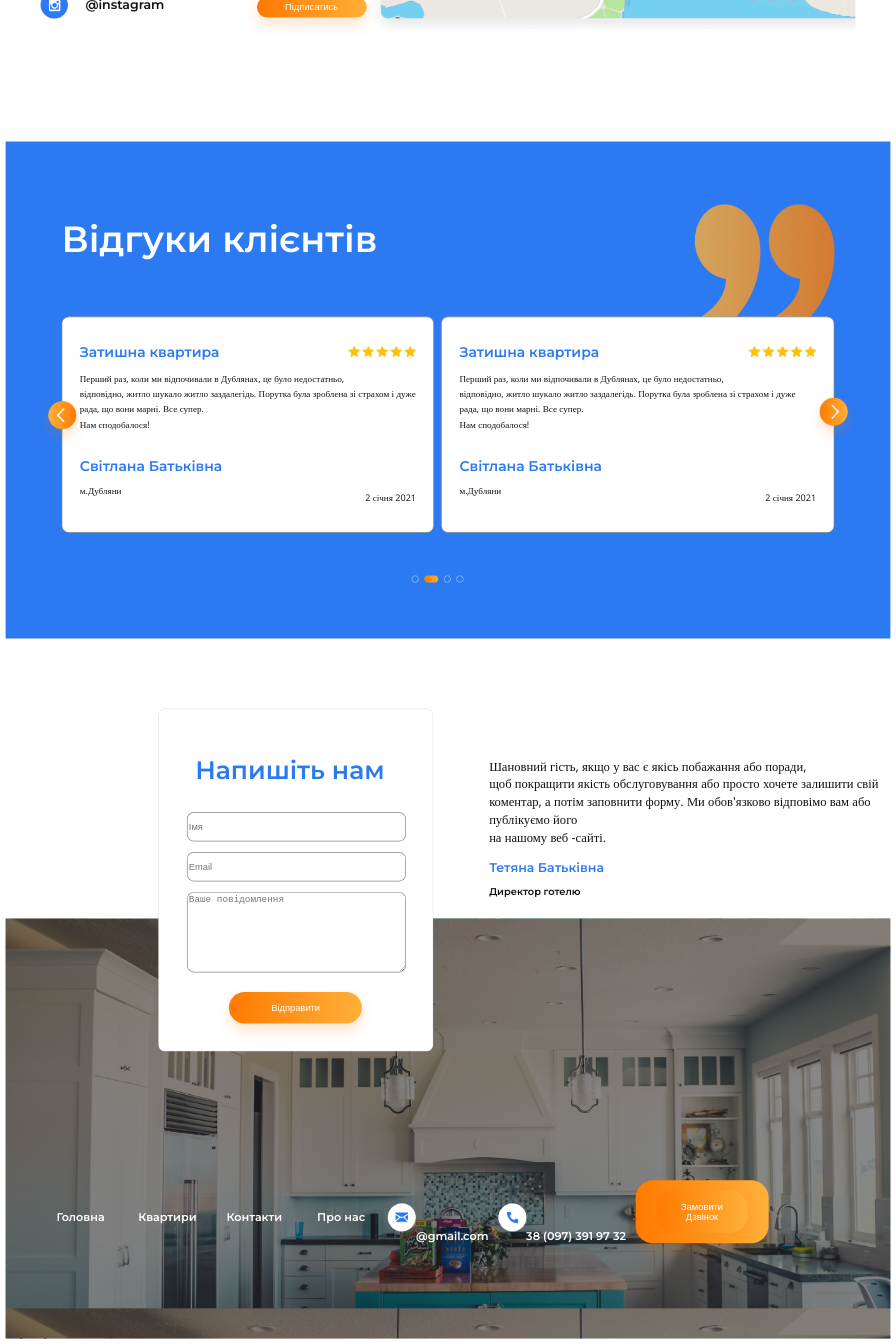
Repository: batonAnton/HW-7-grid
Page: index.html
An editor plug-in stored every save of this project. The page is shown before and after the next save, followed by the edit.
The browser window is 1280 px wide. The pictures show the part of the page from y = 2923 to 4843 px (the page is 4843 px tall), at 70% of full size.

Above is the page before, as saved 2022-07-06 14:25:43.

### index.html
<!DOCTYPE html>
<html lang="en">
<head>
    <meta charset="UTF-8">
    <meta http-equiv="X-UA-Compatible" content="IE=edge">
    <meta name="viewport" content="width=device-width, initial-scale=1.0">
    <link rel="preconnect" href="https://fonts.googleapis.com">
    <link rel="preconnect" href="https://fonts.gstatic.com" crossorigin>
    <link href="https://fonts.googleapis.com/css2?family=Montserrat:wght@600&display=swap" rel="stylesheet">
    <link rel="preconnect" href="https://fonts.googleapis.com">
    <link rel="preconnect" href="https://fonts.gstatic.com" crossorigin>
    <link href="https://fonts.googleapis.com/css2?family=Open+Sans&display=swap" rel="stylesheet">
    <link rel="stylesheet" href="./css/styles2.css">
    <title>Grid</title>
</head>

        <div  class="wrapper allstyles">
            <header>
                <img src="./images/logo.png" alt="logo">
                <a href="" class="menu">Головна</a>
                <a href="" class="menu">Квартири</a>
                <a href="" class="menu">Контакти</a>
                <a href="" class="menu">Про нас</a>

                <div class="item mail">
                    <img src="./images/email.png" alt="email">
                    <p>@gmail.com</p>
                </div>
                <div class="item phone">
                    <img src="./images/phone.png" alt="phone">
                    <p>38 (097) 391 97 32</p>
                </div>
                <div class="item btn">
                        <button>Замовити Дзвінок </button>
                </div>
            </header>
            </div>





            <div class=" wrapper2  allstyles">
                <div class="info">
                    <h1>Оренда Квартир <br> в Березниках</h1>
                    <p>На довгий термін <br> або подобово</p>
                    <button class="btn">Дивитись варіанти</button>
                </div>
                <div class="blueblock"></div>

                <div class="banner">

                </div>
            </div>
        </div>


    <div class="wrapper3 allstyles">
         <div class=" block block1">
             <img src="./images/header 1.1.png" alt="img">
             <p>
                Укладаємо договори, <br> надаємо звітні документи
             </p>
         </div>
         <div class="block block2">
            <img src="./images/header 1.2.png" alt="img">
            <p>
                Готівковий та <br>
                Безготівковий розрахунок
            </p>
         </div>
         <div class="block block3">
            <img src="./images/header 1.3.png" alt="img">
            <p>
                Бронювання та заселення <br> цілодобово
            </p>

         </div>
         <div class="block block4">
            <img src="./images/header 1.4.png" alt="img">
            <p>
                Повна <br> конфіденційність
            </p>
         </div>
    </div>

    <div class="wrapper4 allstyles">
        <h1 class="wrapper4-h1">Наші квартири</h1>

        <div class="img1-1">
            <h1>Однокімнатна квартира</h1>
            <p class="price"> <span class="p-price">Доба:</span> 500грн</p>
            <p class="p-price location"> <img src="./images/wrapper4/Location_Icon.svg" alt="loc icon">Дубляни,Шевченка 20</p>
            <button class="btn">Детальніше</button>
        </div>
        <div class="img1-2">
            <h1>Трьохкімнатна квартира</h1>
            <p class="price"> <span class="p-price">Доба:</span>  1500грн</p>
            <p class="p-price location"> <img src="./images/wrapper4/Location_Icon.svg" alt="loc icon">Дубляни,Франка 20</p>
            <button class="btn">Детальніше</button>
        </div>
        <div class="img2-1">
            <button class="btn-new">Нова квартира</button>
            <h1>Двохкімнатна квартира</h1>
            <p class="price"> <span class="p-price">Доба:</span>  1000грн</p>
            <p class="p-price location"> <img src="./images/wrapper4/Location_Icon.svg" alt="loc icon">Дубляни,Лесі Українки 20</p>
            <button class="btn">Детальніше</button>
        </div>
        <div class="img2-2">
            <h1>Чотирьохкімнатна квартира</h1>
            <p class="price"> <span class="p-price">Доба:</span>  4500грн</p>
            <p class="p-price location"> <img src="./images/wrapper4/Location_Icon.svg" alt="loc icon"> Дубляни,Шухевича 20</p>
            <button class="btn">Детальніше</button>
        </div>
        <button class="btn-wr4">Дивитись всі квартири</button>
    </div>

    <div class="wrapper5 allstyles">
        <div class="block1">
            <h1 class="wrapper4-h1">Про нас</h1>
        </div>
        <div class="block2">
            <p>
                Сьогодні «Домашній готель» — одна <br> з найбільших у Львівському регіоні готельних <br> мереж, що динамічно розширює <br> географічне охоплення та підвищує якість <br> сервісу.
            </p>
        </div>
        <div class="block3">
            <img src="./images/wrapper5/rating.png" alt="img">
        </div>

    </div>

    <hr class="wr5">

    <div class="wrapper6 allstyles">
        <div class="block1 block-wr6">
            <h1 class="wrapper4-h1">Контакти</h1>
        </div>
        <div class="block2 block-wr6">
            <img class="img-wr6" src="./images/wrapper6/location.png" alt="location">
            <p>Львівська обл, місто Дубляни</p>
        </div>
        <div class="block3 block-wr6">
            <img class="img-wr6" src="./images/wrapper6/Mail.png" alt="mail">
            <p>gmail.com</p>
        </div>
        <div class="block4 block-wr6">
            <img class="img-wr6" src="./images/wrapper6/phone.png" alt="phone">
            <p>38 (097) 391 97 32</p>
        </div>
        <div class="block5 block-wr6">
            <img class="img-wr6" src="./images/wrapper6/instagramm.png" alt="insta">
            <p>@instagram</p>
            <button class="btn">Підписатись</button>
        </div>
        <div class="block6 block-wr6">
            <img class="img-wr6" src="./images/wrapper6/instagramm.png" alt="insta">
            <p>@instagram</p>
            <button class="btn">Підписатись</button>

        </div>
        <div class="block7">
            <img src="./images/wrapper6/Map.png" alt="map">
        </div>
    </div>

    <div class="wrapper7 ">
        <div class="block11">
            <h1>Відгуки клієнтів</h1>
        </div>
        <div class="block12">
            <img src="./images/wrapper7/апотсроф.png" alt="img">
        </div>
        <div class="block13">
            <div class="info">
                <h1>Затишна квартира</h1>
                <div class="star-rating">
                    <img class="star" src="./images/wrapper7/star.png" alt="img">
                    <img class="star" src="./images/wrapper7/star.png" alt="img">
                    <img class="star" src="./images/wrapper7/star.png" alt="img">
                    <img class="star" src="./images/wrapper7/star.png" alt="img">
                    <img class="star" src="./images/wrapper7/star.png" alt="img">
                </div>

                <div class="arrow-left">
                    <img src="./images/wrapper7/arrow-left.png" alt="">
                </div>

                <p>Перший раз, коли ми відпочивали в Дублянах, це було недостатньо, <br> відповідно, житло шукало житло заздалегідь. Порутка була зроблена зі страхом  і дуже рада, що вони марні. Все супер. <br> Нам сподобалося!</p>


                <div class="name-date">
                    <h1>Світлана Батьківна</h1>
                    <p>м.Дубляни</p>
                    <p class="date">2 січня 2021</p>
                </div>
            </div>
        </div>
        <div class="block14">
            <div class="info">
                <h1>Затишна квартира</h1>
                <div class="star-rating">
                    <img class="star" src="./images/wrapper7/star.png" alt="img">
                    <img class="star" src="./images/wrapper7/star.png" alt="img">
                    <img class="star" src="./images/wrapper7/star.png" alt="img">
                    <img class="star" src="./images/wrapper7/star.png" alt="img">
                    <img class="star" src="./images/wrapper7/star.png" alt="img">
                </div>

                <div class="arrow-right">
                    <img src="./images/wrapper7/arrow-left.png" alt="arrow">
                </div>

                <p>Перший раз, коли ми відпочивали в Дублянах, це було недостатньо, <br> відповідно, житло шукало житло заздалегідь. Порутка була зроблена зі страхом  і дуже рада, що вони марні. Все супер. <br> Нам сподобалося!</p>

                <div class="name-date">
                    <h1>Світлана Батьківна</h1>
                    <p>м.Дубляни</p>
                    <p class="date">2 січня 2021</p>
                </div>
            </div>



        </div>
        <div class="slider-dot">
            <img src="./images/wrapper7/Slider.dot.png" alt="slider" class="slider-dot">
        </div>
    </div>


    <div class="wrapper8 ">
        <div class="reply">
            <h1>Напишіть нам</h1>
            <form action="">

                <input id="POST-name" placeholder="Імя" type="text" name="name"> <br>
                <input type="email" name="" placeholder="Email" id=""> <br>
                <textarea name="" placeholder="Ваше повідомлення" id="" cols="30" rows="10"></textarea> <br>
                <button class="btn">Відправити</button>
            </form>
        </div>

        <div class="info">
            <p>
                Шановний гість, якщо у вас є якісь побажання або поради, <br>
                щоб покращити якість обслуговування або просто хочете залишити свій
                коментар, а потім заповнити форму. Ми обов'язково відповімо вам
                або публікуємо його <br> на нашому веб -сайті.
            </p>
            <h1 >Тетяна Батьківна</h1>
            <p class="jobPosition">Директор готелю</p>
        </div>

        <div class="bannerFooter">

        </div>


        <footer class="allstyles">
            <nav>
                <!-- <img src="./images/logo.png" alt="logo">          -->
                <a href="" class="menu">Головна</a>
                <a href="" class="menu">Квартири</a>
                <a href="" class="menu">Контакти</a>
                <a href="" class="menu">Про нас</a>

                <div class="item mail">
                    <img src="./images/email.png" alt="email">
                    <p>@gmail.com</p>
                </div>
                <div class="item phone">
                    <img src="./images/phone.png" alt="phone">
                    <p>38 (097) 391 97 32</p>
                </div>
                <div class="item btn">
                        <button >Замовити Дзвінок </button>
                </div>
            </nav>
        </footer>
        <div class="copyright">
            <h1>© Copyright 2021, «Домашняя гостиница»</h1>
            <p>Користувацька згода</p>
        </div>
    </div>
</body>
</html>

### css/styles2.css
* {
  box-sizing: border-box;
}

.allstyles {
  margin: 50px 50px;
}

header {
  display: grid;
  gap: 10px;
  grid-template-columns: repeat(8, 1fr);
  grid-template-rows: 1fr;
  z-index: 1;
}

.wrapper {
  display: flex;
  justify-content: space-between;
}

.menu {
  font-family: "Montserrat", sans-serif;
  font-style: normal;
  font-weight: 600;
  font-size: 16px;
  line-height: 20px;
  text-decoration: none;
  color: #111111;
  transition: all 1s;
}

.menu:hover {
  text-decoration: underline;
}

.phone,
.mail {
  font-family: "Montserrat", sans-serif;
  font-style: normal;
  font-weight: 600;
  font-size: 16px;
  line-height: 20px;
  text-decoration: none;
  color: #111111;
  transition: all 1s;
}

.menu,
.phone,
.mail,
.btn {
  justify-content: center;
  align-items: center;
  display: flex;
}

.phone,
.btn {
  width: 190px;
}

.btn button,
.wrapper4 .btn {
  padding: 15px 30px;
  color: #fff;
  background: linear-gradient(89.77deg, #ff7a00 0.2%, #ffb039 99.82%);
  box-shadow: 0px 10px 20px rgba(255, 122, 0, 0.2);
  border-radius: 25px;
  border: none;
}

.wrapper2 {
  display: grid;
  grid-template-columns: repeat(5, 1fr);
  grid-template-rows: repeat(5, 1fr);
  z-index: 0;
}

.wrapper2 .info {
  grid-column: 1/3;
  grid-row: 1/6;
}

.info h1 {
  font-family: "Montserrat";
  font-style: normal;
  font-weight: 800;
  font-size: 40px;
  line-height: 49px;
  display: flex;
  align-items: center;
  color: #111111;
}

.info p {
  font-family: "Open Sans";
  font-style: normal;
  font-weight: 400;
  font-size: 24px;
  line-height: 33px;
  color: #111111;
}
.wrapper2 .banner {
  grid-column: 3/6;
  grid-row: 1/6;
  background-image: url(../images/bigBanner.png);
  background-repeat: no-repeat;
  background-size: contain;
  /* height: 420px; */
  margin-right: -56px;
}

.wrapper2 .btn {
  margin-top: 60px;
  padding: 15px 30px;
  color: #fff;
  background: linear-gradient(89.77deg, #ff7a00 0.2%, #ffb039 99.82%);
  box-shadow: 0px 10px 20px rgba(255, 122, 0, 0.2);
  border-radius: 25px;
  border: none;
}

.blueblock {
  grid-column: 4/6;
  grid-row: 1/6;
  background: #2b7af1;
  border-radius: 0px 0px 0px 10px;
  margin-top: -155px;
  margin-right: -56px;

  width: 620px;
  height: 810px;
}

.wrapper3 {
  display: grid;
  grid-template-columns: repeat(4, 1fr);
  margin-top: -180px;
  z-index: 1;
}

.wrapper3 p {
  font-family: "Open Sans", sans-serif;
  font-style: normal;
  font-weight: 400;
  font-size: 16px;
  line-height: 22px;
  text-align: center;
  color: #111111;
}

.block {
  width: 270px;
  /* height: 170px; */
  padding: 30px 20px;
  background: #ffffff;
  border-radius: 10px;
  border: 1px solid gray;
}

.block img {
  width: 80px;
  height: 80px;
  margin-left: 70px;
}

.block1,
.block2,
.block3,
.block4 {
  /* display: flex; */
  justify-content: space-around;
}

.block1 {
  grid-column: 1/2;
}

.block2 {
  grid-column: 2/3;
}

.block3 {
  grid-column: 3/4;
}

.block4 {
  grid-column: 4/5;
}

.wrapper4 {
  display: grid;
  grid-template-columns: repeat(5, 1fr);
  grid-template-rows: repeat(6, 1fr);
  margin-top: 115px;
  gap: 10px;
}

.wrapper4-h1 {
  grid-column: 1/6;
  font-family: "Montserrat";
  font-style: normal;
  font-weight: 800;
  font-size: 36px;
  line-height: 44px;
  color: #2b7af1;
}

.img1-1 {
  grid-column: 1/4;
  grid-row: 2/4;
  /* width: 650px; */
  height: 300px;
  background: linear-gradient(rgba(17, 17, 17, 0.5), rgba(17, 17, 17, 0.5)),
    url(../images/wrapper4/Background\ 1.1.png);

  border-radius: 10px;
  border-top-right-radius: 20px;
}

.img1-2 {
  grid-column: 4/6;
  grid-row: 2/4;
  /* width: 450px; */
  height: 300px;
  background: linear-gradient(rgba(17, 17, 17, 0.5), rgba(17, 17, 17, 0.5)),
    url(../images/wrapper4/Background\ 1.2.png);
  border-radius: 10px;
}

.img2-1 {
  grid-column: 1/3;
  grid-row: 4/6;
  /* width: 450px; */
  height: 300px;
  background: linear-gradient(rgba(17, 17, 17, 0.5), rgba(17, 17, 17, 0.5)),
    url(../images/wrapper4/Background\ 2.1.png);
  border-radius: 10px;
}

.img2-2 {
  grid-column: 3/6;
  grid-row: 4/6;
  height: 300px;
  /* height: 310px; */
  background: linear-gradient(rgba(17, 17, 17, 0.5), rgba(17, 17, 17, 0.5)),
    url(../images/wrapper4/Background\ 2.2.png);
  border-radius: 10px;
  border-top-right-radius: 20px;
}

.btn-new {
  background: #5cb85c;
  border-radius: 20px;
  z-index: 1;
  margin: 20px 50px 30px 25px;
  padding: 7px 15px;
  width: 126px;
  border: none;
  font-family: "Montserrat";
  font-style: normal;
  font-weight: 600;
  font-size: 12px;
  line-height: 15px;
  color: #ffffff;
}

.wrapper4 .img1-1 h1 {
  padding: 100px 50px 30px 25px;
  font-family: "Montserrat";
  font-style: normal;
  font-weight: 800;
  font-size: 24px;
  line-height: 29px;
  color: #ffffff;
  /* filter: brightness(100%)!important; */
}

.wrapper4 .img1-2 h1 {
  padding: 100px 50px 30px 25px;
  font-family: "Montserrat";
  font-style: normal;
  font-weight: 800;
  font-size: 23px;
  line-height: 29px;
  color: #ffffff;
}

.wrapper4 .img2-1 h1 {
  padding: 30px 50px 30px 25px;
  font-family: "Montserrat";
  font-style: normal;
  font-weight: 800;
  font-size: 24px;
  line-height: 29px;
  color: #ffffff;
  filter: brightness(100%) !important;
  z-index: 0;
}

.wrapper4 .img2-2 h1 {
  padding: 100px 50px 30px 25px;

  font-family: "Montserrat";
  font-style: normal;
  font-weight: 800;
  font-size: 24px;
  line-height: 29px;
  color: #ffffff;
  filter: brightness(100%) !important;
}

.wrapper4 .p-price {
  font-family: "Montserrat";
  font-style: normal;
  font-weight: 400;
  font-size: 13px;
  line-height: 22px;
  color: #ffffff;
  display: inline;
}

.wrapper4 .price {
  font-family: "Montserrat";
  font-style: normal;
  font-weight: 800;
  font-size: 20px;
  line-height: 24px;
  color: #ffffff;
  /* margin-top: 25px; */
  padding: 0px 45px 0px 25px;
}

.location {
  padding: 0px 15px 0px 25px;
}

.location img {
  margin-right: 5px;
}

.wrapper4 .btn {
  float: right;
  margin-right: 20px;
  padding: 7px 15px;
  width: 126px;
}

.wrapper4 .btn-wr4 {
  margin-top: 60px;
  grid-column: 3/4;
  width: 304px;
  height: 50px;
  background: linear-gradient(89.77deg, #ff7a00 0.2%, #ffb039 99.82%);
  border: none;
  box-shadow: 0px 10px 20px rgba(255, 122, 0, 0.2);
  border-radius: 25px;
  color: white;
}

/* wrapper5 */

.wrapper5 {
  display: grid;
  grid-template-columns: repeat(3, 1fr);
  grid-template-rows: repeat(2, 1fr);
}

.wrapper5 .block1 {
  grid-column: 1/4;
  grid-row: 1;
}

.wrapper5 .block2 {
  grid-column: 1/3;
  grid-row: 2;
}

.wrapper5 .block3 {
  grid-column: 2/4;
  grid-row: 2;
}

.wrapper5 img {
  width: 700px;
  margin-left: 70px;
}

.wrapper5 p {
  font-family: "Open Sans";
  font-style: normal;
  font-weight: 400;
  font-size: 18px;
  line-height: 25px;
}

.wr5 {
  background: linear-gradient(89.77deg, #ff7a00 0.2%, #ffb039 99.82%);
  border-radius: 1px;
  height: 1px;
  margin: 100px 0;
  width: 100%;
}

.wrapper6 {
  display: grid;
  grid-template-columns: repeat(5, 1fr);
  grid-template-rows: repeat(7, 65px);
  margin-bottom: 160px;
}
.wrapper6 h1{
  margin-top: -15px;
}

.wrapper6 p{
  font-family: 'Montserrat';
font-style: normal;
font-weight: 400;
font-size: 18px;
line-height: 22px;
color: #111111;
}

.wrapper6 .block-wr6 {
  display: inline-flex;
  justify-content: flex-start;
}
.wrapper6 .img-wr6 {
  margin-right: 25px;
  margin-top: 10px;
  height: 40px;
}

.wrapper6 .block1 {
  grid-column: 1/3;
  grid-row: 1/2;
}

.wrapper6 .block2 {
  grid-column: 1/3;
  grid-row: 2/3;
}

.wrapper6 .block3 {
  grid-column: 1/3;
  grid-row: 3/4;
}

.wrapper6 .block4 {
  grid-column: 1/3;
  grid-row: 4/5;
}

.wrapper6 .block5 {
  grid-column: 1/3;
  grid-row: 6/7;
}

.wrapper6 .block6 {
  grid-column: 1/3;
  grid-row: 7/8;
}

.wrapper6 .block7 {
  grid-column: 3/6;
  grid-row: 1/8;
  overflow: hidden;
}

.wrapper6 .btn{
  background: linear-gradient(89.77deg, #FF7A00 0.2%, #FFB039 99.82%);
box-shadow: 0px 10px 20px rgba(255, 122, 0, 0.2);
border-radius: 25px;
  width: 157px;
  height: 30px;
  border: none;
  margin-left: auto;
  align-self: center;
  color: #ffffff;
}

.wrapper7{
  margin-top: 160px;
  margin-bottom: 100px;
  padding: 40px 80px;
  display: grid;
  grid-template-columns: repeat(6,1fr);
  grid-template-rows: repeat(3,200px);
  background: #2B7AF1;
  gap: 10px;
}

.block11{
  grid-column: 1/4;
  grid-row: 1;
  display: flex;
  align-items: center;
  font-family: 'Montserrat';
  font-style: normal;
  font-weight: 800;
  font-size: 26px;
  line-height: 130%;
  color: #FFFFFF;
}

.block12{
  grid-column: 6/7;
  grid-row: 1;
  margin-top: 50px;
}

.block13{
  grid-column: 1/4;
  grid-row: 2/3;
}

.block13 .info, .block14 .info{
  border: 1px solid gray;
  background: #FFFFFF;
  border-radius: 10px;
  padding: 25px;
  position: relative;
}

.wrapper7 .info h1{
  font-family: 'Montserrat';
  font-style: normal;
  font-weight: 700;
  font-size: 20px;
  line-height: 24px;
  color: #2B7AF1;
}

.star-rating{
  float: right;
  margin-top: -35px;
}

.arrow-left{
  position: absolute;
  left: -40px;
  top: 110px;
}

.arrow-right{
  -webkit-transform: scaleX(-1);
  transform: scaleX(-1);
  position: absolute;
  right: -40px;
  top: 105px;
}

.wrapper7 .info p{
  font-family: 'Open Sans';
  font-style: normal;
  font-weight: 400;
  font-size: 13px;
  line-height: 22px;
  color: #111111;
  /* margin-top: 20px; */
}

.name-date{
  margin-top: 36px;
}
.name-date h1{
  font-family: 'Montserrat';
  font-style: normal;
  font-weight: 700;
  font-size: 14px;
  line-height: 130%;
  color: #2B7AF1;
}

.name-date  p{
  font-family: 'Montserrat';
  font-style: normal;
  font-weight: 500;
  font-size: 12px;
  line-height: 130%;
  color: #111111;
  margin-top: 5px;
}

.name-date .date{
  font-family: 'Montserrat';
  font-style: normal;
  font-weight: 500;
  font-size: 14px;
  line-height: 17px;
  color: #111111;
  display: flex;
  align-items: center;
  justify-content: flex-end;
  margin-top: -25px;
}

.block14{
  grid-column: 4/7;
  grid-row: 2/3;
}

.slider-dot{
  grid-column: 3/5;
  grid-row: 4;
  width: 74px;
  height: 10px;
  display: flex;
  margin-left: auto;
  margin-right: auto;
  margin-top: -25px;
}

/* wrapper8 footer */
.wrapper8{
  display: grid;
  grid-template-columns: repeat(5,1fr);
  grid-template-rows: repeat(6,150px);
}

.reply{
  grid-column: 2/3;
  grid-row: 1/4;
  width: 393px;
  height: 490px;
  border: 1px solid rgba(17, 17, 17, 0.1);
  border-radius: 10px;
  z-index: 1;
  background-color: #ffffff;
}

form{
  padding:0px 40px  ;
}
form input {
  width: 313px;
  height: 42px;
  border: 1px solid rgba(17, 17, 17, 0.5);
  border-radius: 10px;
  margin-top:15px;
}

form textarea{
  width: 313px;
  height: 115px;
  margin-top:15px;
  border: 1px solid rgba(17, 17, 17, 0.5);
  border-radius: 10px;
}

.reply h1{
  font-family: 'Montserrat';
  font-style: normal;
  font-weight: 700;
  font-size: 36px;
  line-height: 44px;
  color: #2B7AF1;
  padding:40px 52px 0 52px ;
}

.wrapper8 .info{
  grid-column: 3/6;
  grid-row: 1/2;
  margin-left: 80px;
}

.wrapper8 p{
  font-family: 'Open Sans';
  font-style: normal;
  font-weight: 400;
  font-size: 18px;
  line-height: 140%;
  font-feature-settings: 'liga' off;
  color: #111111;
  margin-top: 70px;
}

.wrapper8 .info h1{
  font-family: 'Montserrat';
  font-style: normal;
  font-weight: 700;
  font-size: 18px;
  line-height: 28px;
  color: #2B7AF1;
}

.wrapper8 .jobPosition{
  font-family: 'Montserrat';
  font-style: normal;
  font-weight: 400;
  font-size: 14px;
  line-height: 26px;
  color: #111111;
  margin-top: -5px;
}

.bannerFooter{
  grid-column: 1/6;
  grid-row: 3/7;
  z-index: 0;
  background: linear-gradient(rgba(17, 17, 17, 0.5), rgba(17, 17, 17, 0.5)), url(../images/footer/big-img.png);
}
footer{
  grid-column: 1/6;
  grid-row: 5/6;
  z-index: 1;
}

/* footer nav, .menu, .phone, .mail {
  justify-content: space-between;
  align-items: center;
  display: flex;
} */

nav{
  display: grid;
  gap: 10px;
  grid-template-columns: repeat(8, 1fr);
  grid-template-rows: 1fr;
  z-index: 1;
}

footer nav .menu{
  font-family: 'Montserrat';
  font-style: normal;
  font-weight: 600;
  font-size: 16px;
  line-height: 20px;
  color: #FFFFFF;
}

footer .item p{
  font-family: 'Montserrat';
font-style: normal;
font-weight: 400;
font-size: 16px;
line-height: 20px;
color: #FFFFFF;
display: flex;

justify-content: center;
    align-items: center;
}

.copyright{
  grid-column: 1/6;
  grid-row: 6/7;
}

.wrapper8 .btn{
  margin-top: 24px;
  margin-bottom: 40px;
  padding: 15px 30px;
  color: #fff;
  background: linear-gradient(89.77deg, #ff7a00 0.2%, #ffb039 99.82%);
  box-shadow: 0px 10px 20px rgb(255 122 0 / 20%);
  border-radius: 25px;
  border: none;
  margin-left: auto;
  margin-right: auto;
}

After the next save:
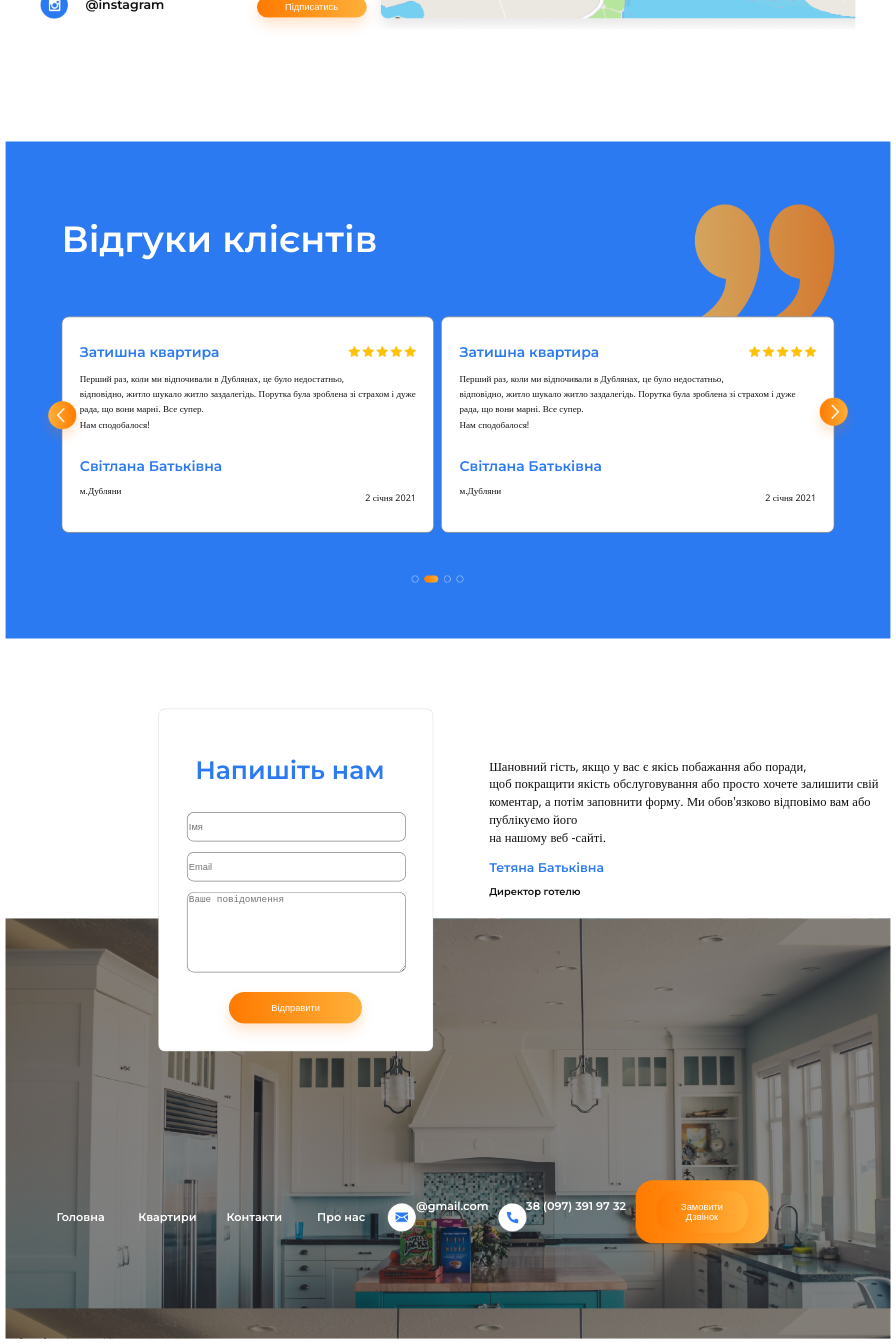
Saved 5 min 14 s later.
--- a/css/styles2.css
+++ b/css/styles2.css
@@ -707,11 +707,7 @@ footer{
   z-index: 1;
 }
 
-/* footer nav, .menu, .phone, .mail {
-  justify-content: space-between;
-  align-items: center;
-  display: flex;
-} */
+
 
 nav{
   display: grid;
@@ -737,11 +733,10 @@ font-weight: 400;
 font-size: 16px;
 line-height: 20px;
 color: #FFFFFF;
-display: flex;
-
-justify-content: center;
-    align-items: center;
-}
+margin-top: -15px;
+}
+
+
 
 .copyright{
   grid-column: 1/6;
